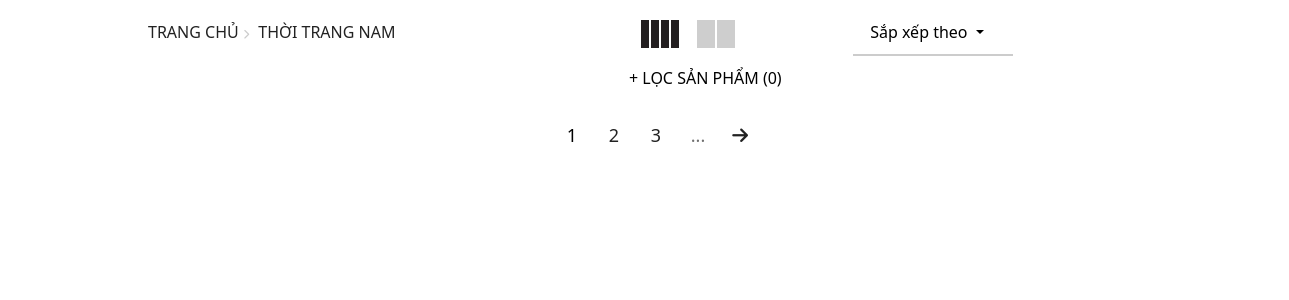
Repository: NguyenQuangQuan021099/FE_Page-Male
Page: index.html
The author's editor kept a copy of each file at every save. The page is drawn from the files as they stood at one save, then again after the next save.
The browser window is 1280 px wide. The page is 1289 px wide, so the pictures cover 1289 px, including what lies to the right of the window. The pictures show the whole page.
The page's requests for data from a server got no answer. Some web libraries are served in a nearby version.

Above is the page before, as saved 2021-07-09 01:45:18.

### index.html
<!DOCTYPE html>
<html lang="en">
<head>
    <meta charset="UTF-8">
    <meta http-equiv="X-UA-Compatible" content="IE=edge">
    <script src="https://kit.fontawesome.com/ce2ff1d6ed.js" crossorigin="anonymous"></script>
    <link href="https://cdn.jsdelivr.net/npm/bootstrap@5.0.1/dist/css/bootstrap.min.css" rel="stylesheet" integrity="sha384-+0n0xVW2eSR5OomGNYDnhzAbDsOXxcvSN1TPprVMTNDbiYZCxYbOOl7+AMvyTG2x" crossorigin="anonymous">
    <script src="https://code.jquery.com/jquery-3.6.0.min.js" integrity="sha256-/xUj+3OJU5yExlq6GSYGSHk7tPXikynS7ogEvDej/m4=" crossorigin="anonymous"></script>
    <meta name="viewport" content="width=device-width, initial-scale=1.0">
    <link rel="stylesheet" href="grid.css">
    <link rel="stylesheet" href="style.css">
    <title>Trang Nam</title>
</head>
<body>
<div class="grid main wide">
<!-- -------------------------Begin Nav-------------------------------------------------- -->
<div class="category__product__action row ">
    <div class="breadcrumbs col l-4">
        <a href="" title="Đi đến trang chủ">TRANG CHỦ</a>
        <i style="color: #ccc; font-size: 10px; margin-right: 5px; padding-bottom: 2px;" class="fas fa-chevron-right"></i>
        <span style="color: #222">THỜI TRANG NAM</span>
    </div>
    <div class="sub__category__product__action col l-8">
      <div class="nav-2 row col l ">
        <div class="toolbar__product col l-3 ">
          <a href="#" class="active" title="Lưới" ></a>
          <a href="./Danh sách/page1.html" class="disable" title="Danh sách" ></a>
        </div>
        <!-- --------------begin dropdown ------------------>
        <div class="dropdown col l-5 ">
          <button class="btn btn-secondary dropdown-toggle" type="button" id="dropdownMenuButton1" data-bs-toggle="dropdown" aria-expanded="false">
            Sắp xếp theo
          </button>
          <ul class="dropdown-menu sorter" aria-labelledby="dropdownMenuButton1" .>
            <li><a class="dropdown-item" href="#">Thứ tự chữ cái A-Z</a></li>
            <li><a class="dropdown-item" href="#">Thứ tự chữ cái Z-A</a></li>
            <li><a class="dropdown-item" href="#">Giá tăng dần</a></li>
            <li><a class="dropdown-item" href="#">Giá giảm dần</a></li>
            <li><a class="dropdown-item" href="#">Sản phẩm mới nhất</a></li>
          </ul>
        </div>
      <!-- -------------------end dropdown ---------------->
    </div>
    <!-------------------- begin filter---------------- -->
  <div class="filter__toggle  ">
    <div class="list-group">
      <button class="list-group-item list-group-item-action actived-list" aria-current="true" >
        + LỌC SẢN PHẨM (0)
      </button>
      <div class="list-select">
        <div class="list-group-item list-group-item-action reset-close">
          <button class="reset">ĐẶT LẠI</button>
          <button class="close">ĐÓNG</button>
        </div>
        <div class="filter-option-list">
          <div class="filter-option">
            <button class="list-group-item list-group-item-action btn__item actived">NHÓM
              <div class="icon">
                <i class="fas fa-plus icon-1"></i>
                <i class="fas fa-minus icon-2"></i>
              </div>
            </button>
            <div class="item__male">
              <ul class="items">
                <li class="item"> <a href="">ÁO NAM</a></li>
                <li class="item"> <a href="">QUẦN NAM</a></li>
                <li class="item"> <a href="">GIÀY DÉP NAM</a></li>
                <li class="item"> <a href="">PHỤ KIỆN THỜI TRANG NAM</a></li>
              </ul>
            </div>
          </div>

        <div class="filter-option">
          <button class="list-group-item list-group-item-action btn__item actived">KÍCH CỠ
            <div class="icon">
              <i class="fas fa-plus icon-1"></i>
              <i class="fas fa-minus icon-2"></i>
            </div>
          </button>
          <div class="item__male">
            <ul class="items items-size">

            </ul>
          </div>
        </div>
        <div class="filter-option">
          <button class="list-group-item list-group-item-action btn__item">MÀU TRANG PHỤC</button>
        </div>
        <div class="filter-option">
        <button class="list-group-item list-group-item-action btn__item">GÍA TIỀN</button>
        </div>
        </div>
      </div>
    </div>
  </div>
<!-- -------------------End filter--------------------- -->
</div>
</div>

<!-- --------------------End Nav----------------------- -->

<!-------------------Begin product--------------------- -->
<div class="product">
        <ol id="product-list-items" class="row">

        </ol>
</div>
<!-------------------End product--------------------- -->

<!-- -------------Begin pagination --------------------->
<div class="pagination ">
  <ul class="list__pag ">
    <li class="item__current"><a href="#">1</a></li>
        <li class="item"><a href="#">2</a></li>
        <li class="item"><a href="#">3</a></li>
        <li class="item"><span>...</span></li>
        <li class="item__next"><a href="#" title="Tiếp theo"><i class="fas fa-arrow-right"></i></a></li>
  </ul>
</div>
<!-- -------------End pagination ---------------------->
</div>
    <script src="./app.js"></script>
    <script src="https://cdn.jsdelivr.net/npm/@popperjs/core@2.9.2/dist/umd/popper.min.js" integrity="sha384-IQsoLXl5PILFhosVNubq5LC7Qb9DXgDA9i+tQ8Zj3iwWAwPtgFTxbJ8NT4GN1R8p" crossorigin="anonymous"></script>
    <script src="https://cdn.jsdelivr.net/npm/bootstrap@5.0.1/dist/js/bootstrap.min.js" integrity="sha384-Atwg2Pkwv9vp0ygtn1JAojH0nYbwNJLPhwyoVbhoPwBhjQPR5VtM2+xf0Uwh9KtT" crossorigin="anonymous"></script>
</body>
</html>

### grid.css
.grid{
    width: 100%;
    display: block;
    padding: 0;
}

.grid.wide{
    max-width: 1200px;
    margin: 0 auto;
}

.row{
    display: flex;
    flex-wrap: wrap;
    margin-left: -4px;
    margin-right: -4px;
}

.row.no-gutters{
    margin-left: 0;
    margin-right: 0;
}

.col{
    padding-left: 4px;
    padding-right: 4px;
}

.row.no-gutters .col{
    margin-left: 0;
    margin-right: 0;
}
/* c - làm cho mobile */
.c-0{
    display: none;
}

.c-1{
    flex: 0 0 8.33333%;
    max-width: 8.33333%;
}

.c-2{
    flex: 0 0 16.66667%;
    max-width: 16.666667%;
}

.c-3{
    flex: 0 0 25%;
    max-width: 25%;
}

.c-4{
    flex: 0 0 33.33333%;
    max-width: 33.33333% ;
}

.c-5{
    flex: 0 0 41.66667%;
    max-width: 41.66667% ;
}

.c-6{
    flex: 0 0 50%;
    max-width: 50% ;
}

.c-7{
    flex: 0 0 58.33333%;
    max-width: 58.33333% ;
}

.c-8{
    flex: 0 0 66.66667%;
    max-width: 66.66667% ;
}

.c-9{
    flex: 0 0 75%;
    max-width: 75% ;
}

.c-10{
    flex: 0 0 83.33333%;
    max-width: 83.33333% ;
}

.c-11{
    flex: 0 0 91.66667%;
    max-width: 91.66667% ;
}

.c-12{
    flex: 0 0 100%;
    max-width: 100% ;
}

.c-o-1{
    margin-left: 8.33333%;
}

.c-o-2{
    margin-left: 16.666667%;
}

.c-o-3{
    margin-left: 25%;
}

.c-o-4{
    margin-left: 33.33333% ;
}

.c-o-5{
    margin-left: 41.66667% ;
}

.c-o-6{
    margin-left: 50% ;
}

.c-o-7{
    margin-left: 58.33333% ;
}

.c-o-8{
    margin-left: 66.66667% ;
}

.c-o-9{
    margin-left: 75% ;
}

.c-o-10{
    margin-left: 83.33333% ;
}

.c-o-11{
    margin-left: 91.66667% ;
}

/* Tablet ~ PC low resolution */
@media (min-width: 740px) and (max-width: 1023px) {
    .wide{
        width: 644px;
    }

    .col{
        padding-left: 4px;
        padding-right: 4px;
    }
}


/* >= Tablet */
@media (min-width: 740px)  {
   .row{
    margin-left: -8px;
    margin-right: -8px;
   }

   .col{
    padding-left: 4px;
    padding-right: 4px;
    }

    .m-0{
        display: none;
    }

    .m-1,
    .m-2,
    .m-3,
    .m-4,
    .m-5,
    .m-6,
    .m-7,
    .m-8,
    .m-9,
    .m-10,
    .m-11,
    .m-12{
        display: block;
    }

    .m-1{
        flex: 0 0 8.33333%;
        max-width: 8.33333%;
    }

    .m-2{
        flex: 0 0 16.66667%;
        max-width: 16.666667%;
    }

    .m-3{
        flex: 0 0 25%;
        max-width: 25%;
    }

    .m-4{
        flex: 0 0 33.33333%;
        max-width: 33.33333% ;
    }

    .m-5{
        flex: 0 0 41.66667%;
        max-width: 41.66667% ;
    }

    .m-6{
        flex: 0 0 50%;
        max-width: 50% ;
    }

    .m-7{
        flex: 0 0 58.33333%;
        max-width: 58.33333% ;
    }

    .m-8{
        flex: 0 0 66.66667%;
        max-width: 66.66667% ;
    }

    .m-9{
        flex: 0 0 75%;
        max-width: 75% ;
    }

    .m-10{
        flex: 0 0 83.33333%;
        max-width: 83.33333% ;
    }

    .m-11{
        flex: 0 0 91.66667%;
        max-width: 91.66667% ;
    }

    .m-12{
        flex: 0 0 100%;
        max-width: 100% ;
    }

    .m-o-1{
        margin-left: 8.33333%;
    }

    .m-o-2{
        margin-left: 16.666667%;
    }

    .m-o-3{
        margin-left: 25%;
    }

    .m-o-4{
        margin-left: 33.33333% ;
    }

    .m-o-5{
        margin-left: 41.66667% ;
    }

    .m-o-6{
        margin-left: 50% ;
    }

    .m-o-7{
        margin-left: 58.33333% ;
    }

    .m-o-8{
        margin-left: 66.66667% ;
    }

    .m-o-9{
        margin-left: 75% ;
    }

    .m-o-10{
        margin-left: 83.33333% ;
    }

    .m-o-11{
        margin-left: 91.66667% ;
    }



}

/* > PC low resolution */
@media (min-width: 1113px)  {
    .row{
        margin-left: -12px;
        margin-right: -12px;
       }

    .col{
        padding-left: 4px;
        padding-right: 4px;
    }

    .l-0{
        display: none;
    }

    .l-1,
    .l-2,
    .l-3,
    .l-4,
    .l-5,
    .l-6,
    .l-7,
    .l-8,
    .l-9,
    .l-10,
    .l-11,
    .l-12{
        display: block;
    }

    .l-1{
        flex: 0 0 8.33333%;
        max-width: 8.33333%;
    }

    .l-2{
        flex: 0 0 16.66667%;
        max-width: 16.666667%;
    }

    .l-3{
        flex: 0 0 25%;
        max-width: 25%;
    }

    .l-4{
        flex: 0 0 33.33333%;
        max-width: 33.33333% ;
    }

    .l-5{
        flex: 0 0 41.66667%;
        max-width: 41.66667% ;
    }

    .l-6{
        flex: 0 0 50%;
        max-width: 50% ;
    }

    .l-7{
        flex: 0 0 58.33333%;
        max-width: 58.33333% ;
    }

    .l-8{
        flex: 0 0 66.66667%;
        max-width: 66.66667% ;
    }

    .l-9{
        flex: 0 0 75%;
        max-width: 75% ;
    }

    .l-10{
        flex: 0 0 83.33333%;
        max-width: 83.33333% ;
    }

    .l-11{
        flex: 0 0 91.66667%;
        max-width: 91.66667% ;
    }

    .l-12{
        flex: 0 0 100%;
        max-width: 100% ;
    }

    .l-o-1{
        margin-left: 8.33333%;
    }

    .l-o-2{
        margin-left: 16.666667%;
    }

    .l-o-3{
        margin-left: 25%;
    }

    .l-o-4{
        margin-left: 33.33333% ;
    }

    .l-o-5{
        margin-left: 41.66667% ;
    }

    .l-o-6{
        margin-left: 50% ;
    }

    .l-o-7{
        margin-left: 58.33333% ;
    }

    .l-o-8{
        margin-left: 66.66667% ;
    }

    .l-o-9{
        margin-left: 75% ;
    }

    .l-o-10{
        margin-left: 83.33333% ;
    }

    .l-o-11{
        margin-left: 91.66667% ;
    }
}


/* PC low resolution */
@media (min-width: 1024px) and (max-width: 1366px) {
    .wide{
        width: 984px;
    }

    .wide .row{
        margin-left: -12px;
        margin-right: -12px;
    }

    .wide .col{
        padding-left: 12px;
        padding-right: 12px;
    }

    .wide .l-0{
        display: none;
    }

    .wide .l-1,
    .wide .l-2,
    .wide .l-3,
    .wide .l-4,
    .wide .l-5,
    .wide .l-6,
    .wide .l-7,
    .wide .l-8,
    .wide .l-9,
    .wide .l-10,
    .wide .l-11,
    .wide .l-12{
        display: block;
    }

    .wide .l-1{
        flex: 0 0 8.33333%;
        max-width: 8.33333%;
    }

    .wide .l-2{
        flex: 0 0 16.66667%;
        max-width: 16.666667%;
    }

    .wide .l-3{
        flex: 0 0 25%;
        max-width: 25%;
    }

    .wide .l-4{
        flex: 0 0 33.33333%;
        max-width: 33.33333% ;
    }

    .wide .l-5{
        flex: 0 0 41.66667%;
        max-width: 41.66667% ;
    }

    .wide .l-6{
        flex: 0 0 50%;
        max-width: 50% ;
    }

    .wide .l-7{
        flex: 0 0 58.33333%;
        max-width: 58.33333% ;
    }

    .wide .l-8{
        flex: 0 0 66.66667%;
        max-width: 66.66667% ;
    }

    .wide .l-9{
        flex: 0 0 75%;
        max-width: 75% ;
    }

    .wide .l-10{
        flex: 0 0 83.33333%;
        max-width: 83.33333% ;
    }

    .wide .l-11{
        flex: 0 0 91.66667%;
        max-width: 91.66667% ;
    }

    .wide .l-12{
        flex: 0 0 100%;
        max-width: 100% ;
    }

    .wide .l-o-1{
        margin-left: 8.33333%;
    }

    .wide .l-o-2{
        margin-left: 16.666667%;
    }

    .wide .l-o-3{
        margin-left: 25%;
    }

    .wide .l-o-4{
        margin-left: 33.33333% ;
    }

    .wide .l-o-5{
        margin-left: 41.66667% ;
    }

    .wide .l-o-6{
        margin-left: 50% ;
    }

    .wide .l-o-7{
        margin-left: 58.33333% ;
    }

    .wide .l-o-8{
        margin-left: 66.66667% ;
    }

    .wide .l-o-9{
        margin-left: 75% ;
    }

    .wide .l-o-10{
        margin-left: 83.33333% ;
    }

    .wide .l-o-11{
        margin-left: 91.66667% ;
    }


}

### style.css
*{
    margin: 0;
    padding: 0;
    box-sizing: border-box;
}

html{
    font-family: Arial, Helvetica, sans-serif;
}

a, a:hover{
    color: #222;
    text-decoration: none;
}

.category__product__action{
    margin: 10px 0 50px 0;

}

.breadcrumbs {
    margin-top: 10px;
}

.sub__category__product__action{
    display: flex;
    justify-content: flex-end;
}


.toolbar__product{
    margin-top: 10px;
    display: flex;
}
.toolbar__product a{
    height: 28px;
    display: inline-block;
    width: 38px;
    background-repeat: no-repeat;
}

.toolbar__product .active{
    background-image: url(./img/grid4active.svg);
    padding-right: 52px;
}

.toolbar__product .disable{
    background-image: url(./img/grid2disable.svg);
}

/* Dropdown css */
.dropdown{
    margin: 0 50px;
}

.btn-secondary {
    width: 160px;
    height: 46px;
    color: black;
    background-color: white;
    border-style: none;
    border-bottom: 2px solid #ccc;
    border-radius: 0px;
    padding: 0 25px 0 13px;
}


.btn-secondary:hover{
    color: black;
    background-color: white;
    border-bottom: 1px solid #ccc;

}

.btn-check:focus+.btn-secondary, .btn-secondary:focus {
    color: black;
    background-color: #fff;
    border-color: rgb(54, 52, 52);
    box-shadow: none;
    outline: none;
}
.sorter .dropdown-item:hover {
    color: white;
    background-color: #1777f2;
}

/* End dropdown */

/*  product items css */
/* filter css */
.list-group .actived-list{
    background-color: #fff;
    border-style: none;
    color:black ;
    padding: 0;
}

.reset-close{
    width: 100%;
    padding: 20px 0 ;
    display: flex;
    justify-content: space-between;
    border-style: none;
    border-bottom: 1px solid black;
    position: relative;

}
.reset-close button{
    font-size: 18px;
    margin: 0 30px;
    border-style: none;
    background-color: #fff;
}


/* begin filter */
.filter__toggle{
    margin-top: 10px;
}

.list-select{
    width: 25.8%;
    height: 100%;
    position: fixed;
    display: none;
    top: 0;
    right: 0;
    z-index: 2;
    background-color: #fff;
    border-left: 1px solid black;
    animation: mymove ease-in-out .8s;
}

.list-group-item-action:hover{
    background-color: #fff;
}

.list-select button{
   font-size: 18px;
}

.btn__item{
    padding-left: 30px;
    display: flex;
    justify-content: space-between;
}

.list-group .item__male ul li{
    list-style: none;
    padding-top: 8px;
}

.filter-option-list{
    height: 95vh;
    overflow-y: scroll;
}

.filter-option{
    border-bottom: 1px solid black;
}

.filter-option button .icon{
   display: inline-block;

}

.filter-option button .icon .icon-1{
    display: none;
}


@keyframes mymove{
    0%{
        right: -100%;
    }

    100%{
        right: 0;
    }
}

/* end filter css */
/* product items css */
.product{
     max-width: 100%;
     padding-left: 12px;
}

.product ol{
    display: flex;
    flex-wrap: wrap;
    padding-left: 0;
}

.product #product-list-items .product-items{
    width: 25%;
    list-style: none;
    margin-bottom: 30px;
}

li .renderItems  a img{
    width: 100%;
    object-fit: cover;
    padding: 3px;
}

li .renderItems  .sub__div{
    padding-top: 16px;
}

li .renderItems .sub__div .title{
    color: #222;
    font-weight: 500;
    text-transform: uppercase;
    font-size: 12px;
    text-decoration: none;
}

li .renderItems .sub__div .price{
    opacity: 0.7;
    font-size: 16px;
    font-family: Roboto;
}

li .renderItems .sub__div a{
    position: relative;
    display: inline-block;
}

li .renderItems .sub__div .img__mini{
    width: 22px;
    height: 22px;
}

li .renderItems .sub__div a img{
    width: 100%;
    object-fit: none;
}

li .renderItems .sub__div a img:hover{
    border: 1px solid black;
}

li .renderItems .sub__div a .sub__content{
    position: absolute;
    padding: 10px 30px;
    border: 1px solid black;
    border-radius: 5px;
    background-color: #fff;
    top: -50px;
    display: none;
}

li .renderItems .sub__div a:hover .sub__content{
    display: block;
}

/* End product items */

/* Begin pagination */
.pagination{
    display: block;
}

.pagination ul{
    display: flex;
    justify-content: center;
}
.pagination ul li{
    list-style: none;
    width: 30px;
    height: 30px;
    font-size: 18px;
    color: #707070;
    margin: 12px 6px;
    text-align: center;
}

.pagination ul .item__current a{
    color: black;
}

.pagination ul li:hover a{
    background-color: #ccc;
    border-radius: 2px;
    padding: 6px 12px;
}

/* End paginaton */

/* Responsive */


@media (max-width: 1023px) {

    .toolbar__product{
        display: none;
    }

}

@media (min-width: 1024px) and (max-width: 1366px){
    .category__product__action{
        position: relative;
    }

    .sub__category__product__action{
        position: absolute;
        right: -145px;
    }


}

### app.js
let itemAPI = "http://localhost:3000/items";
let sizeAPI = "http://localhost:3000/listSize";

function start() {
    getItem(renderItems);
    getSize(renderListSize);
}
start();

// lay ra item
function getItem(callback) {
    fetch(itemAPI)
    .then(function(response){
        return response.json();
    })
    .then(callback);
}

//render item
function renderItems(items){
    let listItemsBlock = document.querySelector("#product-list-items");
    let htmls = items.map(function(item){
        return `
        <li class="product-items col m-6 c-6 l-3">
            <div class="renderItems">
                <a href=""><img src="${item.image}" alt="" srcset=""></a>

                <div class="sub__div">

                    <a href="#" class="title"> ${item.title} </a> <br>

                    <span class="price">${item.price}</span> <br>

                        <a class="img__mini" href="#"> <img src="${item.miniimg}">
                            <div class="sub__content">
                                ${item.contentmini1}
                            </div>
                        </a>
                </div>
            </div>
        </li>
        `;
    });
    listItemsBlock.innerHTML = htmls.join('');
}

// render list size clothing
function getSize(callback) {
    fetch(sizeAPI)
    .then(function(response){
        return response.json();
    })
    .then(callback);
}

function renderListSize(listSize){
    let listSizeBlock = document.querySelector(".items-size");
    console.log(listSizeBlock);
    let htmls = listSize.map(function(size){
        return `
            <li class="item"> <a href=""> ${size.sizeClothing}</a></li>
        `;
    });
    listSizeBlock.innerHTML = htmls.join('');
    console.log(htmls);
}


// $('.show-hide').on("click", function(e){
//     $(this).find('.hide').css("display", "none");
//     $(this).find('.show').css("display", "block");
//     e.preventDefault();
// })


// filter actived
$('.actived-list, .close').on("click", function(){
    $(this).parent('.list-group').find('.list-select').toggle();
    $(this).parents('.list-select').toggle();

})

$('.actived, .not-actived').on("click", function(){
    $(this).find('.icon-1').toggle();
    $(this).find('.icon-2').toggle();
    $(this).parent('.filter-option').find('.item__male').toggle();
        if ($(this).hasClass('actived')) {
            $(this).removeClass('actived').addClass('not-actived');
        } else {
                $(this).removeClass('not-actived').addClass('actived');
        }
})


$('.reset').on("click", function(){
   $(this).parents('.list-select').find('.item__male').show();
   $(this).parents('.list-select').find('.icon-1').hide();
   $(this).parents('.list-select').find('.icon-2').show();
})

After the next save:
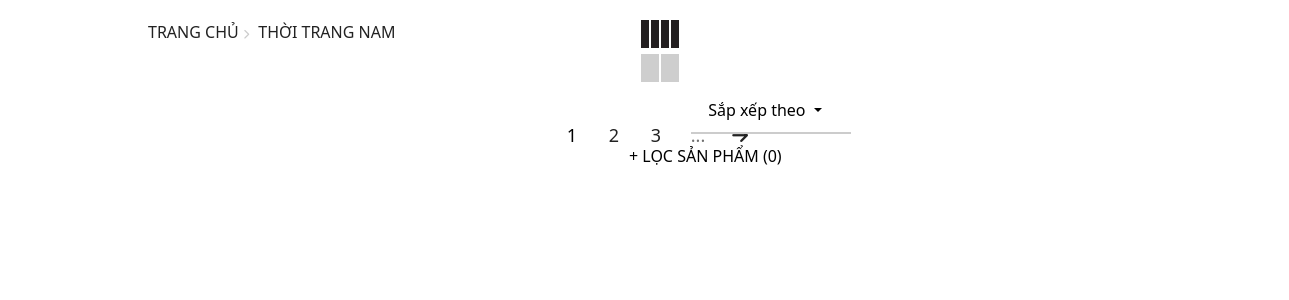
Saved 5 s later.
--- a/index.html
+++ b/index.html
@@ -21,7 +21,7 @@
         <span style="color: #222">THỜI TRANG NAM</span>
     </div>
     <div class="sub__category__product__action col l-8">
-      <div class="nav-2 row col l ">
+      <div class="nav-2 row col l-4 ">
         <div class="toolbar__product col l-3 ">
           <a href="#" class="active" title="Lưới" ></a>
           <a href="./Danh sách/page1.html" class="disable" title="Danh sách" ></a>
